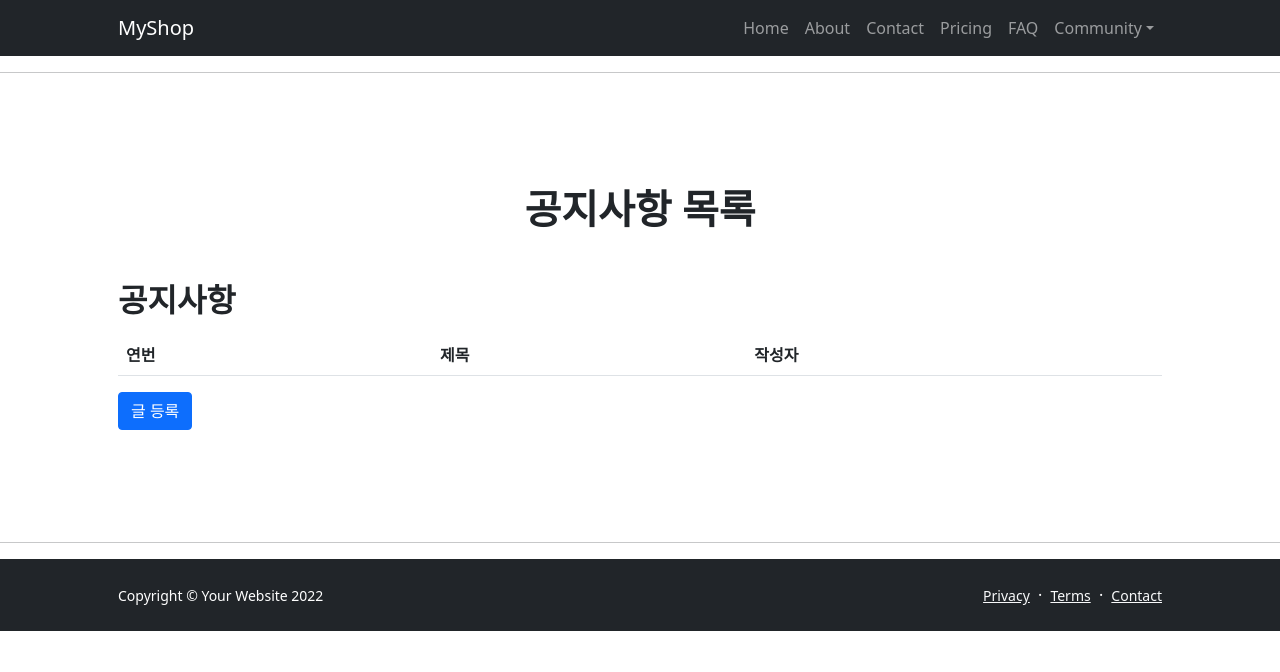
Repository: okgunyang/pro05ForMyBatis
Page: http://localhost/board/list
An editor plug-in stored every save of this project. The page is shown before and after the next save, followed by the edit.
The browser window is 1280 px wide. The pictures show the whole page.
The page is this project's Thymeleaf template; nobody is signed in. The template is opened directly, without the code that normally fills it, so the values that code supplies are empty.

Above is the page before, as saved 2022-12-13 07:26:14.

After the next save:
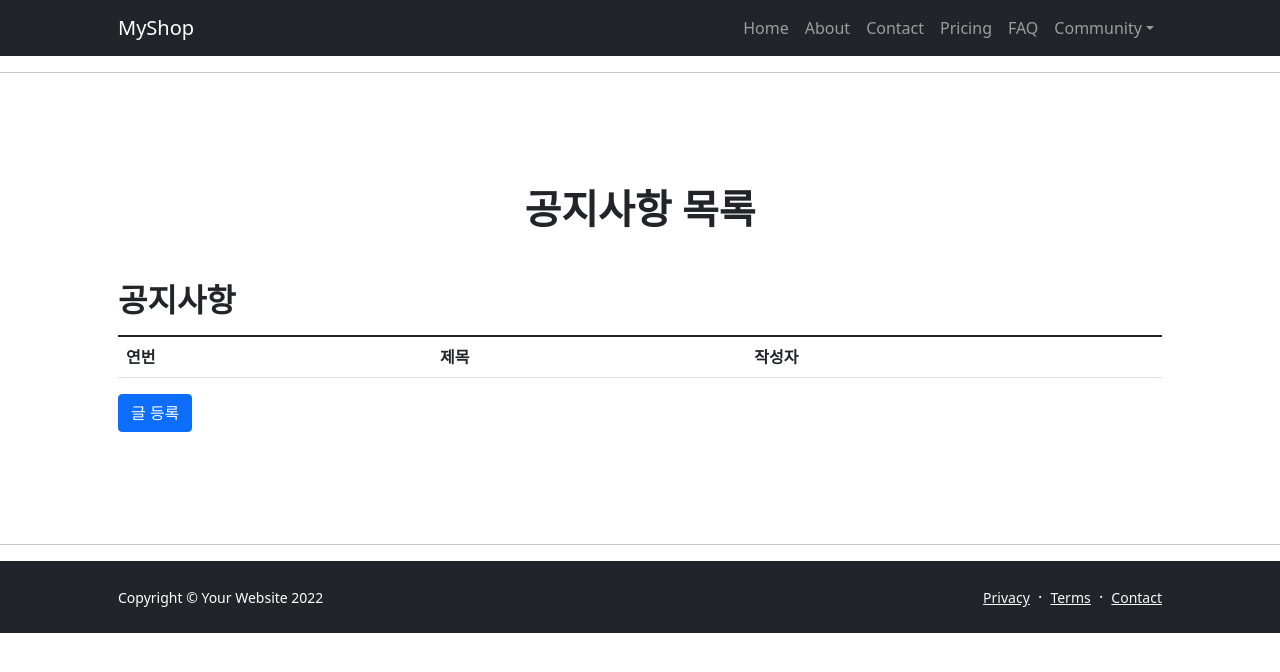
Saved 111 s later.
--- a/myapp/src/main/resources/templates/board/list.html
+++ b/myapp/src/main/resources/templates/board/list.html
@@ -5,6 +5,9 @@
 <head>
 	<title>공지사항 목록</title>
 	<th:block th:insert="common/head"></th:block>
+	<style>
+	.table { border-top:2px solid #212529; }
+	</style>
 </head>
 <body>
 <div class="fluid-container">
